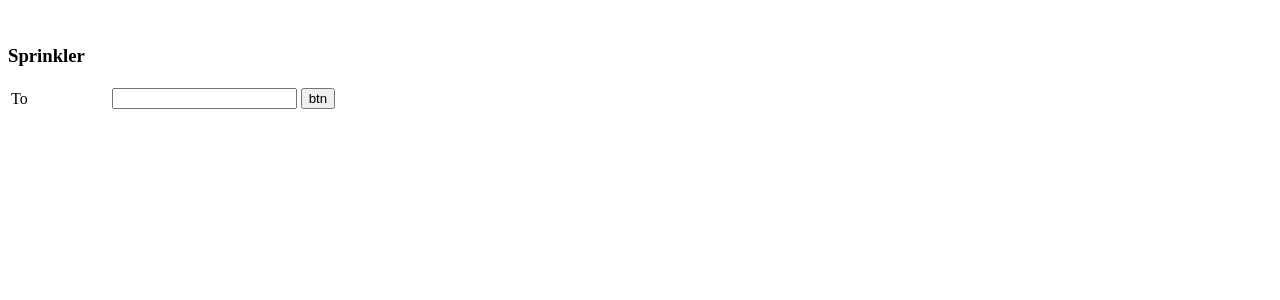
Repository: hassan-stash/shas
Page: http://localhost/SHAS/SprinklerGUI.jsp
An editor plug-in stored every save of this project. The page is shown before and after the next save, followed by the edit.
The browser window is 1280 px wide. The pictures show the whole page.
Some web fonts or font styles are not loaded; a fallback is used. The page is served by Tomcat 9.

Above is the page before, as saved 2013-04-07 00:37:04.
Console error: TypeError: Cannot read properties of undefined (reading 'timepicker')

After the next save:
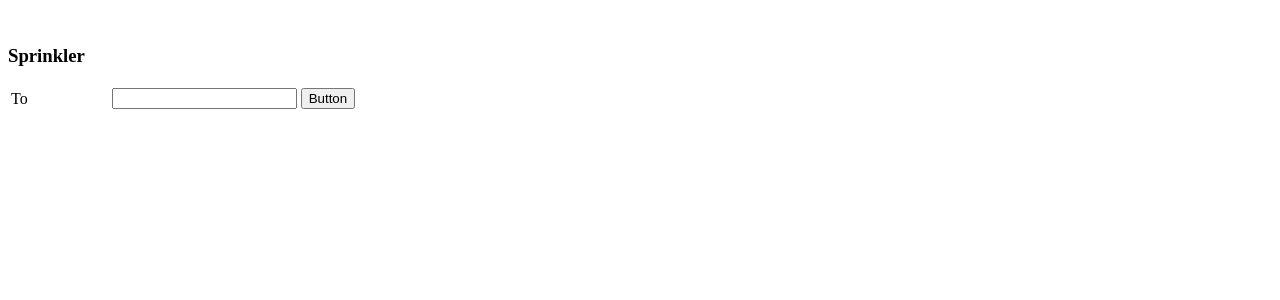
Saved 37 s later.
--- a/SHAS/WebContent/SprinklerGUI.jsp
+++ b/SHAS/WebContent/SprinklerGUI.jsp
@@ -27,7 +27,7 @@
 		<td><input type="text" id="fromDate" name="fromDate"
 			value="" /></td>
 			<td><input type="submit" id="btnSchedule" name="btnSchedule"
-			value="btn" /></td>
+			value="Button" /></td>
 
 	</tr>
 
